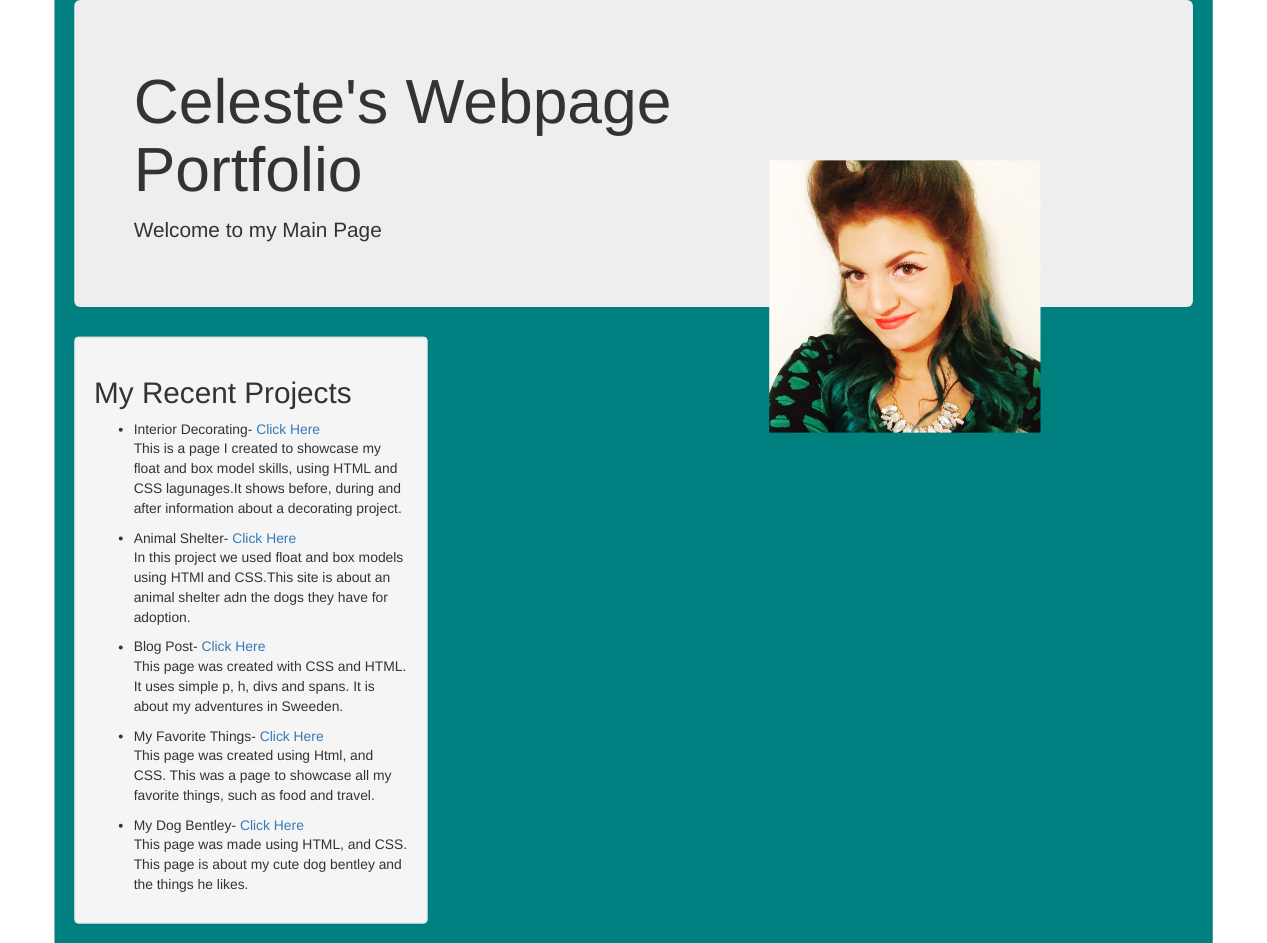
Repository: fieldceleste/portfolio-celeste
Page: portfolio-celeste.html
An editor plug-in stored every save of this project. The page is shown before and after the next save, followed by the edit.
The browser window is 1280 px wide. The pictures show the whole page, at 99% of full size.

Above is the page before, as saved 2019-11-01 16:11:56.

After the next save:
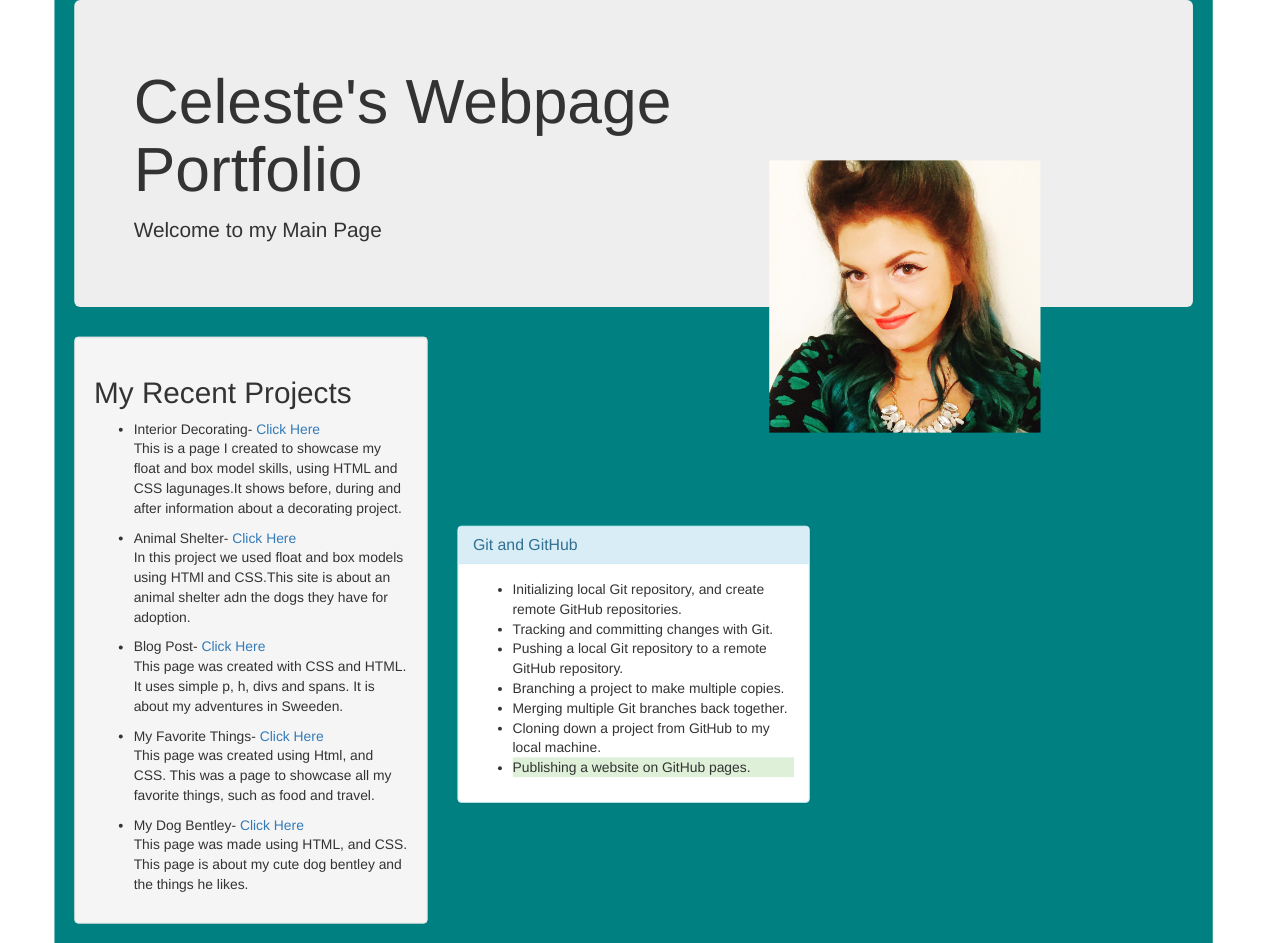
Saved 6 h 0 min later.
--- a/portfolio-celeste.html
+++ b/portfolio-celeste.html
@@ -24,6 +24,24 @@
                 </ul>
               </div>
             </div>
+            <div class="col-md-4">
+                    <div class="panel panel-info">
+                      <div class="panel-heading">
+                        <h2 class="panel-title">Git and GitHub</h2>
+                      </div>
+                      <div class="panel-body">
+                        <ul>
+                          <li>Initializing local Git repository, and create remote GitHub repositories.</li>
+                          <li>Tracking and committing changes with Git.</li>
+                          <li>Pushing a local Git repository to a remote GitHub repository.</li>
+                          <li>Branching a project to make multiple copies.</li>
+                          <li>Merging multiple Git branches back together.</li>
+                          <li>Cloning down a project from GitHub to my local machine.</li>
+                          <li class="bg-success">Publishing a website on GitHub pages.</li>
+                        </ul>
+                      </div>
+                    </div>
+                  </div>
 
 
 
